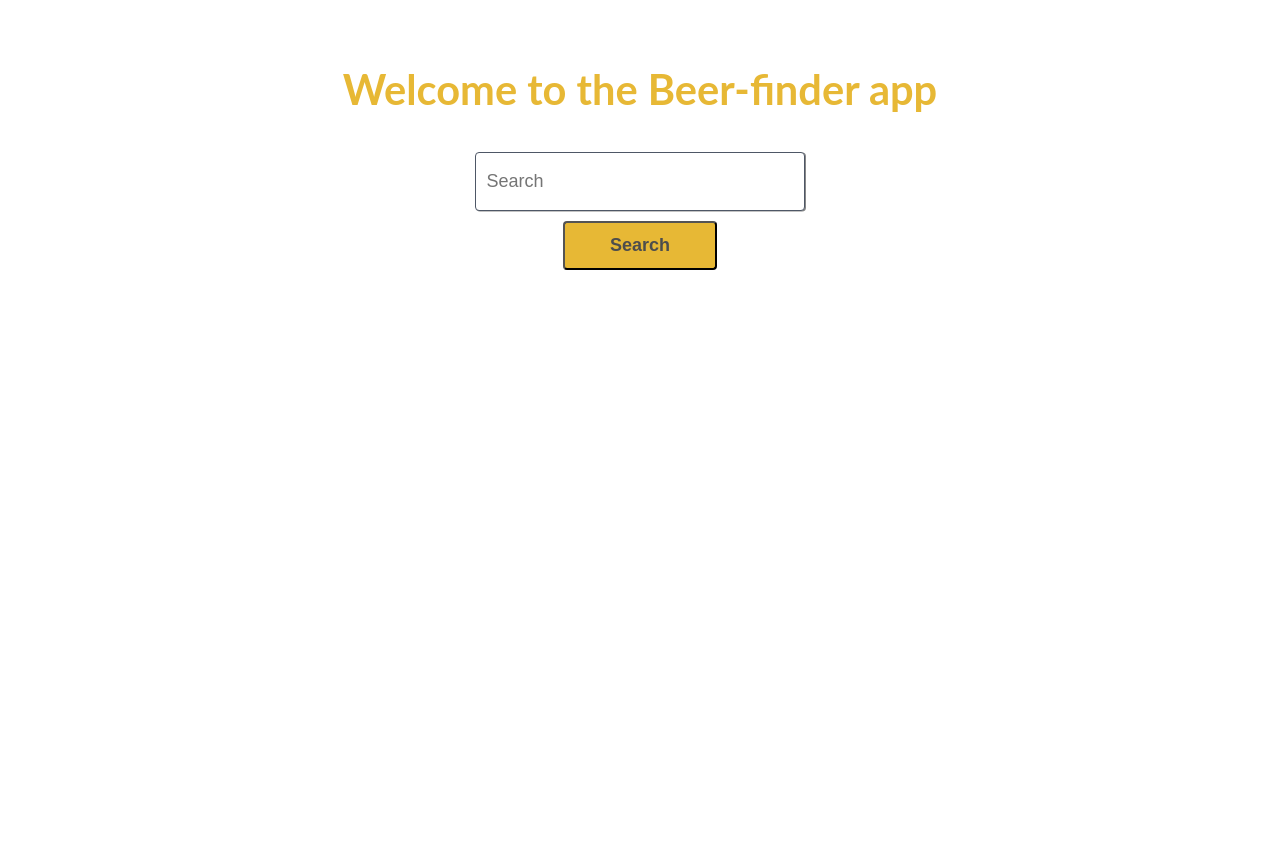
Repository: marcinszymaszek/beer-finder
Page: /
An editor plug-in stored every save of this project. The page is shown before and after the next save, followed by the edit.
The browser window is 1280 px wide. The pictures show the whole page.
The project was rebuilt for these pictures with package versions that can differ from the ones it lists, and the page was loaded fresh each time.

Above is the page before, as saved 2020-05-10 20:52:58.

After the next save:
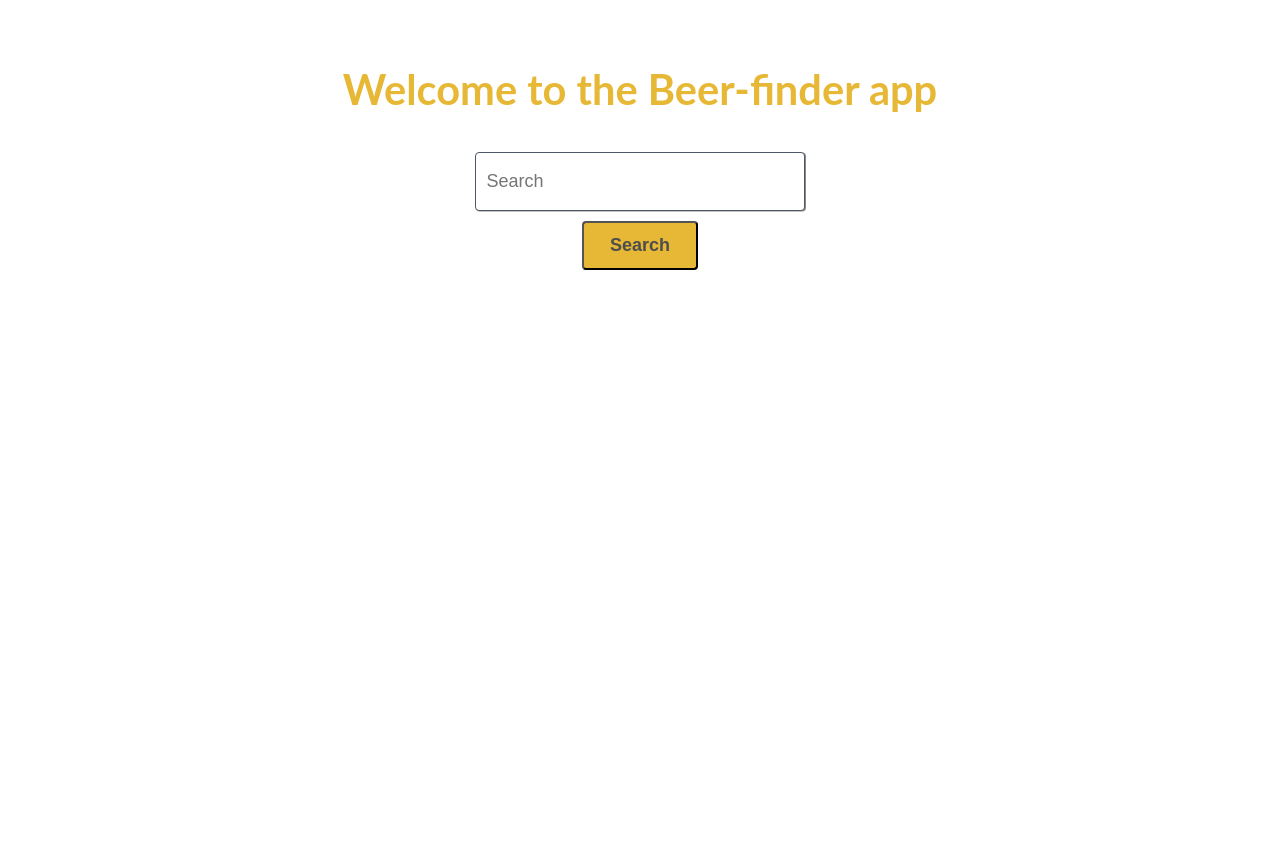
Saved 6 s later.
--- a/src/components/search/Search.css
+++ b/src/components/search/Search.css
@@ -22,7 +22,7 @@ input {
 
     button {
         padding: 12px 10px;
-        width: 20%;
+        width: 15%;
         border-radius: 4px;
         background-color: #e7b835;
         color: #4d4d4d;
